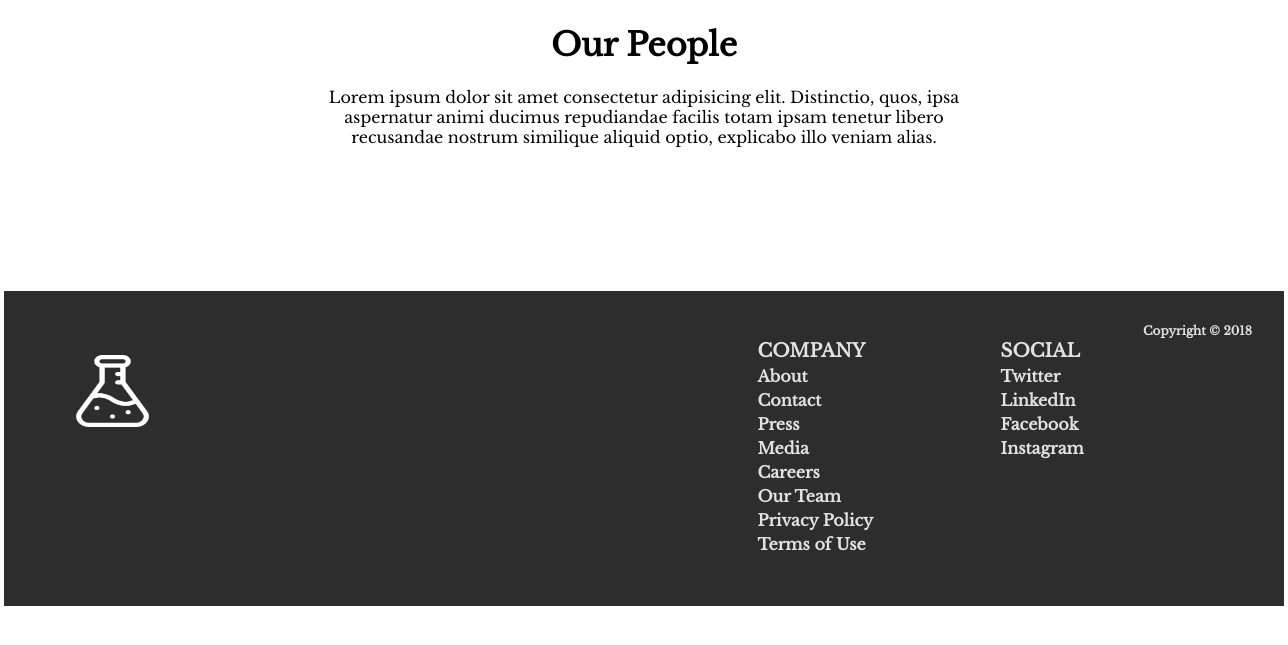
Repository: Tsardines/app
Page: / (app in my-app/)
These files come from the project's save history. The page is drawn as it stood at one moment and after the next save; the edit follows.
The browser window is 1280 px wide. The page is 1288 px wide, so the pictures cover 1288 px, including what lies to the right of the window. The pictures show the whole page.
The page's requests for data from a server got no answer. The project was rebuilt for these pictures with package versions that can differ from the ones it lists, and the page was loaded fresh each time. No one was signed in, and anything a server would have sent is missing.

Above is the page before, as saved 2018-11-14 20:21:30.

After the next save:
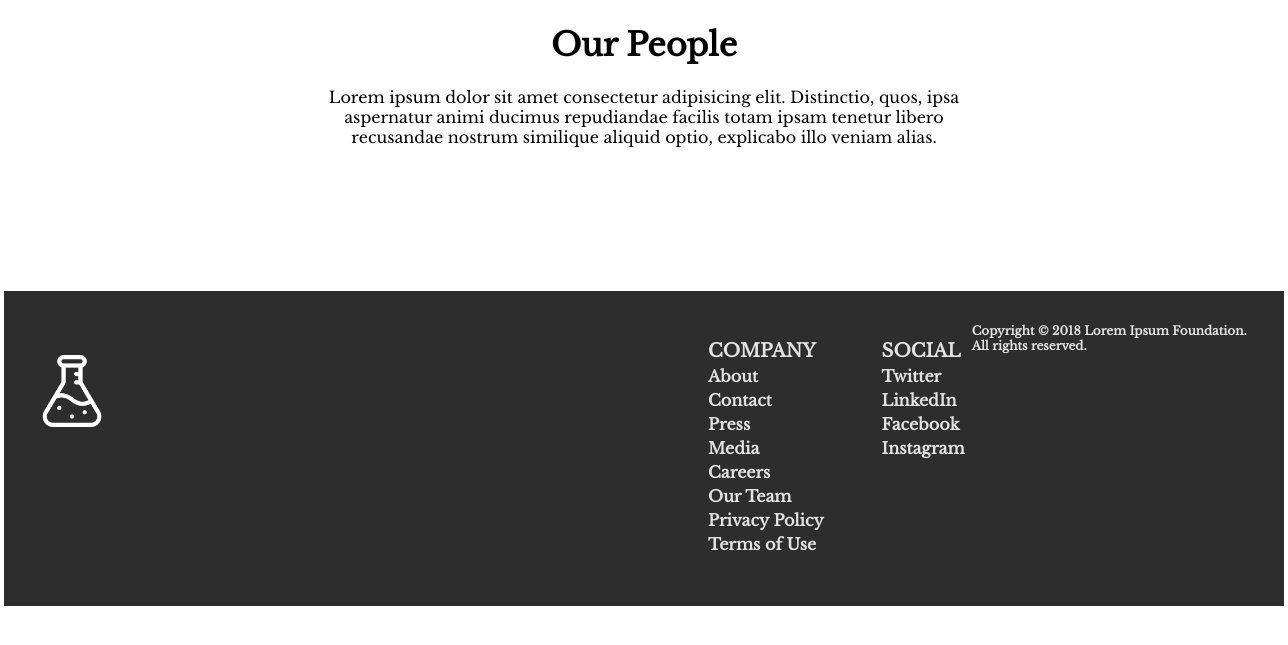
Saved 20 s later.
--- a/my-app/src/components/Footer.js
+++ b/my-app/src/components/Footer.js
@@ -33,7 +33,7 @@ const Footer = () => {
             </ul>
         </div>
 
-        <span className="copy">Copyright &copy; 2018</span>
+        <span className="copy">Copyright &copy; 2018 Lorem Ipsum Foundation. All rights reserved.</span>
 
     </div>
   );
